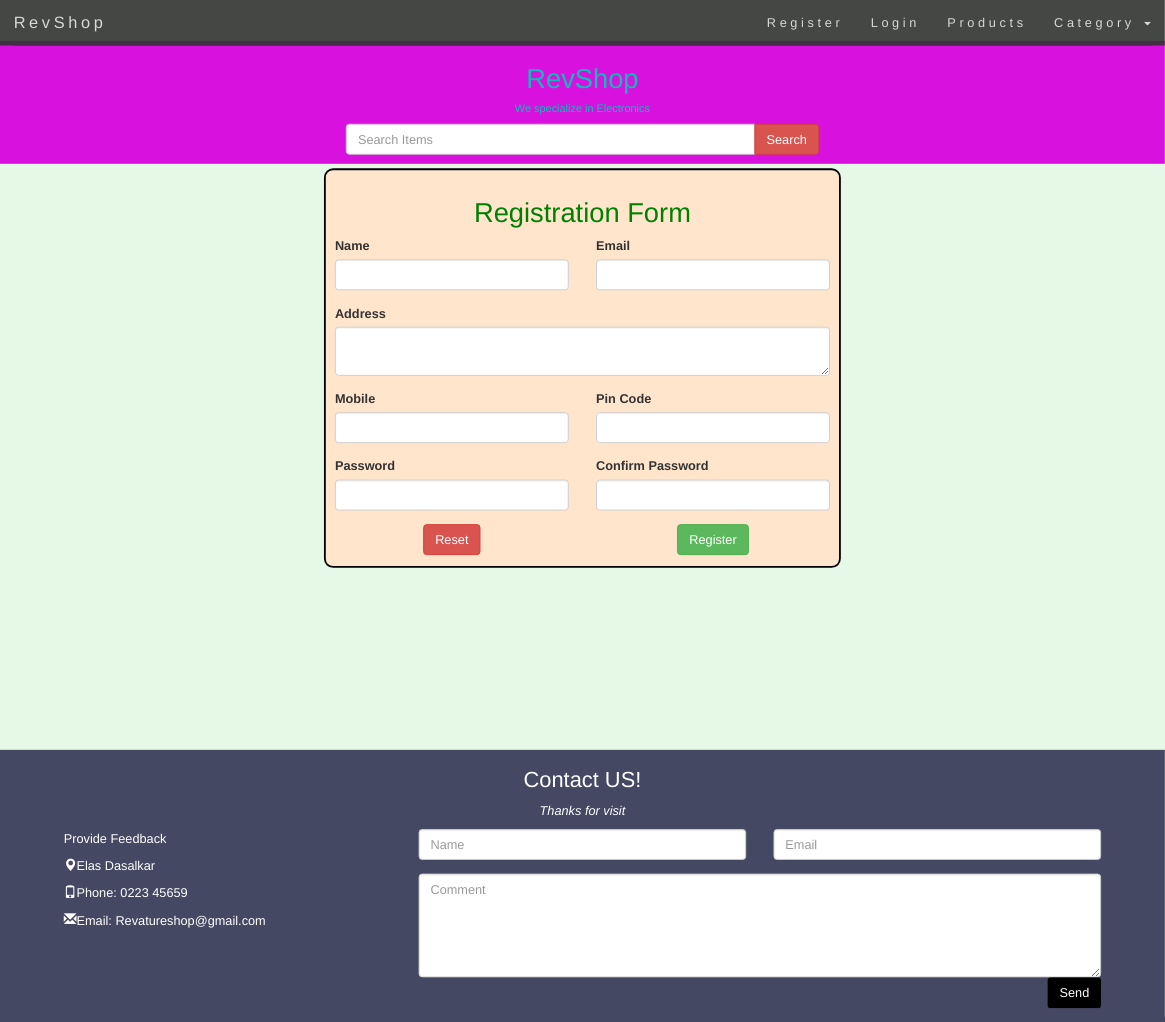
Repository: vilasdasalkar/RevaShop-Project-0
Page: http://localhost/RevShop/register.jsp
The author's editor kept a copy of each file at every save. The page is drawn from the files as they stood at one save, then again after the next save.
The browser window is 1280 px wide. The pictures show the whole page, at 91% of full size.
The page is served by Tomcat 10. Other server files are loaded and not shown.

Above is the page before, as saved 2024-08-30 07:48:26.

### RevShop/src/main/webapp/register.jsp
<%@ page language="java" contentType="text/html; charset=UTF-8"
    pageEncoding="UTF-8"%>
<!DOCTYPE html>
<html>

<meta charset="UTF-8">
<title>Register</title>
<link rel="stylesheet"
	href="https://maxcdn.bootstrapcdn.com/bootstrap/3.4.0/css/bootstrap.min.css">
<link rel="stylesheet" href="css/changes.css">
<script
	src="https://ajax.googleapis.com/ajax/libs/jquery/3.4.1/jquery.min.js"></script>
<script
	src="https://maxcdn.bootstrapcdn.com/bootstrap/3.4.0/js/bootstrap.min.js"></script>
</head>
<body style="background-color: #E6F9E6;">

	<%@ include file="header.jsp"%>
	<%
	String message = request.getParameter("message");
	%>
	<div class="container">
		<div class="row"
			style="margin-top: 5px; margin-left: 2px; margin-right: 2px;">

			<form action="./RegisterServlet" method="post"
				class="col-md-6 col-md-offset-3"
				style="border: 2px solid black; border-radius: 10px; background-color: #FFE5CC; padding: 10px;">
				<div style="font-weight: bold;" class="text-center">
					<h2 style="color: green;">Registration Form</h2>
					<%
					if (message != null) {
					%>
					<p style="color: blue;">
						<%=message%>
					</p>
					<%
					}
					%>
				</div>
				<div></div>
				<div class="row">
					<div class="col-md-6 form-group">
						<label for="first_name">Name</label> <input type="text"
							name="username" class="form-control" id="first_name"
							name="first_name" required>
					</div>
					<div class="col-md-6 form-group">
						<label for="last_name">Email</label> <input type="email"
							name="email" class="form-control" id="last_name" name="last_name"
							required>
					</div>
				</div>
				<div class="form-group">
					<label for="last_name">Address</label>
					<textarea name="address" class="form-control" id="last_name"
						name="last_name" required></textarea>
				</div>
				<div class="row">
					<div class="col-md-6 form-group">
						<label for="last_name">Mobile</label> <input type="number"
							name="mobile" class="form-control" id="last_name"
							name="last_name" required>
					</div>
					<div class="col-md-6 form-group">
						<label for="last_name">Pin Code</label> <input type="number"
							name="pincode" class="form-control" id="last_name"
							name="last_name" required>
					</div>

				</div>
				<div class="row">
					<div class="col-md-6 form-group">
						<label for="last_name">Password</label> <input type="password"
							name="password" class="form-control" id="last_name"
							name="last_name" required>
					</div>
					<div class="col-md-6 form-group">
						<label for="last_name">Confirm Password</label> <input
							type="password" name="confirmPassword" class="form-control"
							id="last_name" name="last_name" required>
					</div>
				</div>
				<div class="row text-center">
					<div class="col-md-6" style="margin-bottom: 2px;">
						<button type="Reset" class="btn btn-danger">Reset</button>
					</div>
					<div class="col-md-6">
						<button type="submit" class="btn btn-success">Register</button>
					</div>
				</div>
			</form>
		</div>
	</div>


	<%@ include file="footer.html"%>
</body>
</html>

### RevShop/src/main/webapp/header.jsp
<%@ page language="java" contentType="text/html; charset=UTF-8"
    pageEncoding="UTF-8"%>
    <%@ page import="com.revature.service.dao.*, com.revature.service.*"%>
<!DOCTYPE html>
<html>
<head>
<title>Logout Header</title>
<meta charset="utf-8">
<meta name="viewport" content="width=device-width, initial-scale=1">
<link rel="stylesheet"
	href="https://maxcdn.bootstrapcdn.com/bootstrap/3.4.0/css/bootstrap.min.css">
<link rel="stylesheet" href="css/changes.css">
<script
	src="https://ajax.googleapis.com/ajax/libs/jquery/3.4.1/jquery.min.js"></script>
<script
	src="https://maxcdn.bootstrapcdn.com/bootstrap/3.4.0/js/bootstrap.min.js"></script>
<link rel="stylesheet"
	href="https://cdnjs.cloudflare.com/ajax/libs/font-awesome/4.7.0/css/font-awesome.min.css">

</head>
<body style="background-color: #01ff12;font-family: Verdana, sans-serif;">
	<!--Company Header Starting  -->
	<div class="container-fluid text-center"
		style="margin-top: 45px; background-color: #d811df; color: rgb(16, 186, 186); padding: 5px;">
		<h2>RevShop</h2>
		<h6>We specialize in Electronics</h6>
		<form class="form-inline" action="index.jsp" method="get">
			<div class="input-group">
				<input type="text" class="form-control" size="50" name="search"
					placeholder="Search Items" required>
				<div class="input-group-btn">
					<input type="submit" class="btn btn-danger" value="Search" />
				</div>
			</div>
		</form>
		<p align="rigth"
			style="color: orange; font-weight: bold; margin-top: 5px; margin-bottom: 5px;"
			id="message"></p>
	</div>
	<!-- Company Header Ending -->

	<%
	/* Checking the user credentials */
	String userType = (String) session.getAttribute("usertype");
	if (userType == null) { //LOGGED OUT
	%>

	<!-- Starting Navigation Bar -->
	<nav class="navbar navbar-default navbar-fixed-top navbar-custom" style="background-color: #333;">
		<div class="container-fluid">
			<div class="navbar-header">
				<button type="button" class="navbar-toggle" data-toggle="collapse"
					data-target="#myNavbar">
					<span class="icon-bar"></span> <span class="icon-bar"></span> <span
						class="icon-bar"></span>
				</button>
				<a class="navbar-brand" href="index.jsp">RevShop</a>
			</div>
			<div class="collapse navbar-collapse" id="myNavbar" style="background-color: #333;">
				<ul class="nav navbar-nav navbar-right">
				<li><a href="register.jsp">Register</a></li>
					<li><a href="login.jsp">Login</a></li>
					<li><a href="index.jsp">Products</a></li>
					<li class="dropdown"><a class="dropdown-toggle"
						data-toggle="dropdown" href="#">Category <span class="caret"></span>
					</a>
						<ul class="dropdown-menu">
							<li><a href="index.jsp?type=mobile">Mobiles</a></li>
							<li><a href="index.jsp?type=tv">TVs</a></li>
							<li><a href="index.jsp?type=laptop">Laptops</a></li>
							<li><a href="index.jsp?type=camera">Camera</a></li>
							<li><a href="index.jsp?type=speaker">Speakers</a></li>
							<li><a href="index.jsp?type=tablet">Tablets</a></li>
						</ul></li>
				</ul>
			</div>
		</div>
	</nav>
	<%
	} else if ("customer".equalsIgnoreCase(userType)) {

	int notf = new CartServiceImpl().getCartCount((String) session.getAttribute("username"));
	%>
	<nav class="navbar navbar-default navbar-fixed-top">

		<div class="container-fluid">
			<div class="navbar-header">
				<button type="button" class="navbar-toggle" data-toggle="collapse"
					data-target="#myNavbar">
					<span class="icon-bar"></span> <span class="icon-bar"></span> <span
						class="icon-bar"></span>
				</button>
				<a class="navbar-brand" href="userHome.jsp"><span
					class="glyphicon glyphicon-home">&nbsp;</span>RevShop</a>
			</div>

			<div class="collapse navbar-collapse" id="myNavbar">
				<ul class="nav navbar-nav navbar-right">
					<li><a href="userHome.jsp"><span
							class="glyphicon glyphicon-home">Products</span></a></li>
					<li class="dropdown"><a class="dropdown-toggle"
						data-toggle="dropdown" href="#">Category <span class="caret"></span>
					</a>
						<ul class="dropdown-menu">
							<li><a href="userHome.jsp?type=mobile">Mobiles</a></li>
							<li><a href="userHome.jsp?type=tv">TV</a></li>
							<li><a href="userHome.jsp?type=laptop">Laptops</a></li>
							<li><a href="userHome.jsp?type=camera">Camera</a></li>
							<li><a href="userHome.jsp?type=speaker">Speakers</a></li>
							<li><a href="userHome.jsp?type=tablet">Tablets</a></li>
						</ul></li>
					<%
					if (notf == 0) {
					%>
					<li><a href="cartDetails.jsp"> <span
							class="glyphicon glyphicon-shopping-cart"></span>Cart
					</a></li>

					<%
					} else {
					%>
					<li><a href="cartDetails.jsp"
						style="margin: 0px; padding: 0px;" id="mycart"><i
							data-count="<%=notf%>"
							class="fa fa-shopping-cart fa-3x icon-white badge"
							style="background-color: #333; margin: 0px; padding: 0px; padding-bottom: 0px; padding-top: 5px;">
						</i></a></li>
					<%
					}
					%>
					<li><a href="orderDetails.jsp">Orders</a></li>
					<li><a href="userProfile.jsp">Profile</a></li>
					<li><a href="./LogoutServlet">Logout</a></li>
				</ul>
			</div>
		</div>
	</nav>
	<%
	} else {
	%>
	<nav class="navbar navbar-default navbar-fixed-top">
		<div class="container-fluid">
			<div class="navbar-header">
				<button type="button" class="navbar-toggle" data-toggle="collapse"
					data-target="#myNavbar">
					<span class="icon-bar"></span> <span class="icon-bar"></span> <span
						class="icon-bar"></span>
				</button>
				<a class="navbar-brand" href="adminViewProduct.jsp"><span
					class="glyphicon glyphicon-home">&nbsp;</span>RevShop</a>
			</div>
			<div class="collapse navbar-collapse" id="myNavbar">
				<ul class="nav navbar-nav navbar-right">
					<li><a href="adminViewProduct.jsp">Products</a></li>
					<li class="dropdown"><a class="dropdown-toggle"
						data-toggle="dropdown" href="#">Category <span class="caret"></span>
					</a>
						<ul class="dropdown-menu">
							<li><a href="adminViewProduct.jsp?type=mobile">Mobiles</a></li>
							<li><a href="adminViewProduct.jsp?type=tv">Tvs</a></li>
							<li><a href="adminViewProduct.jsp?type=laptop">Laptops</a></li>
							<li><a href="adminViewProduct.jsp?type=camera">Camera</a></li>
							<li><a href="adminViewProduct.jsp?type=speaker">Speakers</a></li>
							<li><a href="adminViewProduct.jsp?type=tablet">Tablets</a></li>
						</ul></li>
					<li><a href="adminStock.jsp">Stock</a></li>
					<li><a href="shippedItems.jsp">Shipped</a></li>
					<li><a href="unshippedItems.jsp">Orders</a></li>
					<!-- <li><a href=""> <span class="glyphicon glyphicon-shopping-cart"></span>&nbsp;Cart</a></li> -->
					<li class="dropdown"><a class="dropdown-toggle"
						data-toggle="dropdown" href="#">Update Items <span
							class="caret"></span>
					</a>
						<ul class="dropdown-menu">
							<li><a href="addProduct.jsp">Add Product</a></li>
							<li><a href="removeProduct.jsp">Remove Product</a></li>
							<li><a href="updateProductById.jsp">Update Product</a></li>
						</ul></li>
					<li><a href="./LogoutServlet">Logout</a></li>

				</ul>
			</div>
		</div>
	</nav>
	<%
	}
	%>
	<!-- End of Navigation Bar -->
</body>
</html>

### RevShop/src/main/webapp/footer.html
<!DOCTYPE html>
<html>
<head>
<title>ShopMart</title>
<meta name="viewport" content="width=device-width, initial-scale=1">
<meta charset="utf-8">
<meta name="viewport" content="width=device-width, initial-scale=1">
<link rel="stylesheet"
	href="https://maxcdn.bootstrapcdn.com/bootstrap/3.4.0/css/bootstrap.min.css">
<script
	src="https://ajax.googleapis.com/ajax/libs/jquery/3.4.1/jquery.min.js"></script>
<script
	src="https://maxcdn.bootstrapcdn.com/bootstrap/3.4.0/js/bootstrap.min.js"></script>
<link rel="stylesheet" href="css/changes.css">
</head>
<body style="background-color: rgb(255, 255, 255);">
	<!-- Start the footer Contacts -->
	<!-- <a name="contact"></a> -->
	<div class="container-fluid"
		style="background-color: #454862; color: white; margin-top: 200px;">
		<div class="container">
			<h3 class="text-center">Contact US!</h3>
			<p class="text-center">
				<em>Thanks for visit</em>
			</p>
			<div class="row test">
				<div class="col-md-4">
					<p>Provide Feedback</p>
					<p>
						<span class="glyphicon glyphicon-map-marker"></span>Elas Dasalkar
					</p>
					<p>
						<span class="glyphicon glyphicon-phone"></span>Phone: 0223 45659

					</p>
					<p>
						<span class="glyphicon glyphicon-envelope"></span>Email:
						Revatureshop@gmail.com
					</p>

				</div>
				<div class="col-md-8">
					<form action="fansMessage" method="post">
						<div class="row">
							<div class="col-sm-6 form-group">
								<input class="form-control" id="name" name="name"
									placeholder="Name" type="text" required>
							</div>
							<div class="col-sm-6 form-group">
								<input class="form-control" id="email" name="email"
									placeholder="Email" type="email" required>
							</div>
						</div>
						<textarea class="form-control" id="comments" name="comments"
							placeholder="Comment" rows="5" required></textarea>
						<div class="row">
							<div class="col-md-12 form-group">
								<button class="btn pull-right" type="submit">Send</button>
							</div>
						</div>
					</form>
				</div>
			</div>
		</div>
	</div>
	<!-- End of Contact or about us -->

</body>
</html>

Loaded but not shown: RevShop/src/main/webapp/css/changes.css (common file)

After the next save:
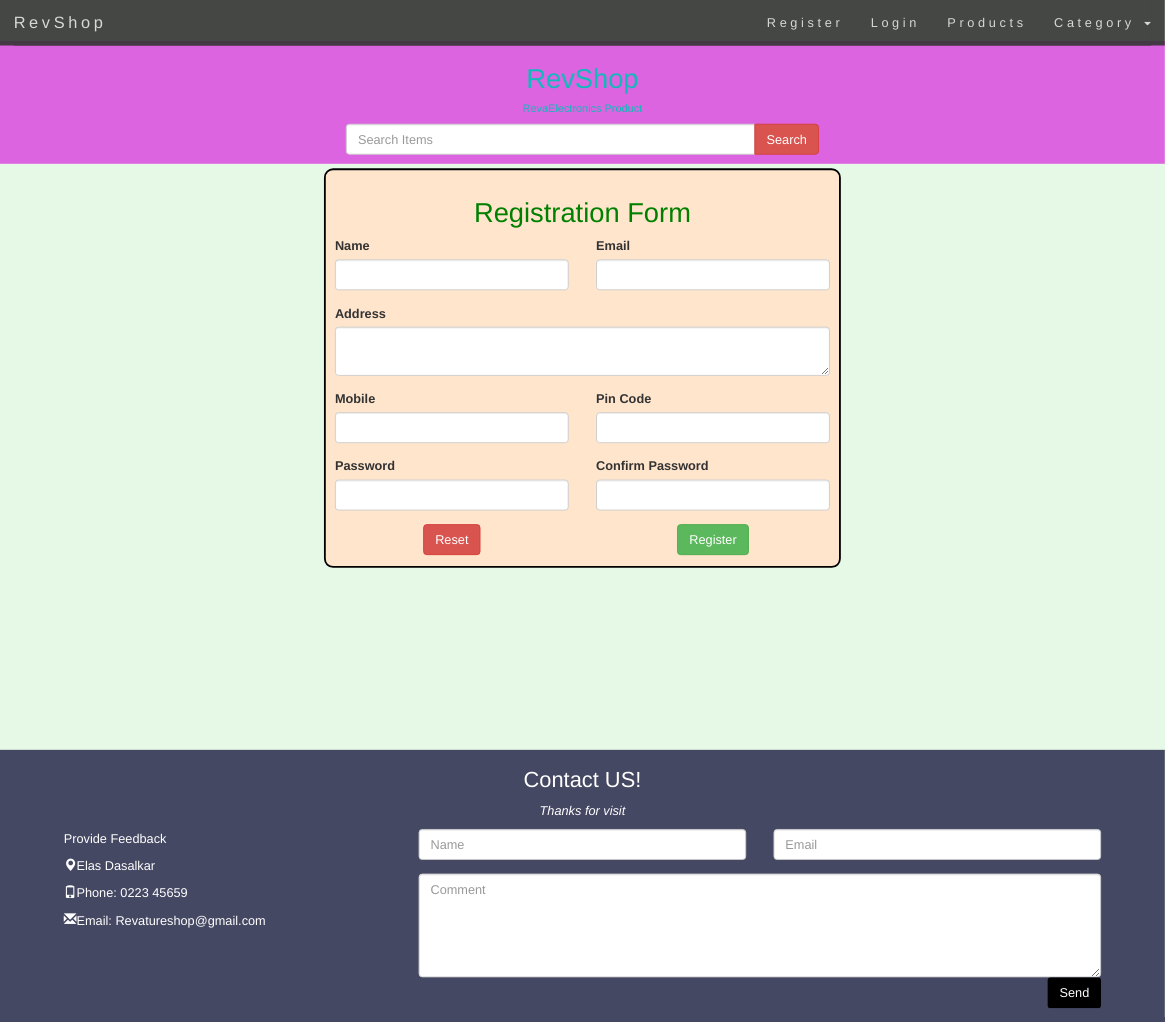
Saved 3 min 43 s later.
--- a/RevShop/src/main/webapp/header.jsp
+++ b/RevShop/src/main/webapp/header.jsp
@@ -21,9 +21,9 @@
 <body style="background-color: #01ff12;font-family: Verdana, sans-serif;">
 	<!--Company Header Starting  -->
 	<div class="container-fluid text-center"
-		style="margin-top: 45px; background-color: #d811df; color: rgb(16, 186, 186); padding: 5px;">
+		style="margin-top: 45px; background-color: #d811dfa2; color: rgb(16, 186, 186); padding: 5px;">
 		<h2>RevShop</h2>
-		<h6>We specialize in Electronics</h6>
+		<h6>RevaElectronics Product</h6>
 		<form class="form-inline" action="index.jsp" method="get">
 			<div class="input-group">
 				<input type="text" class="form-control" size="50" name="search"
